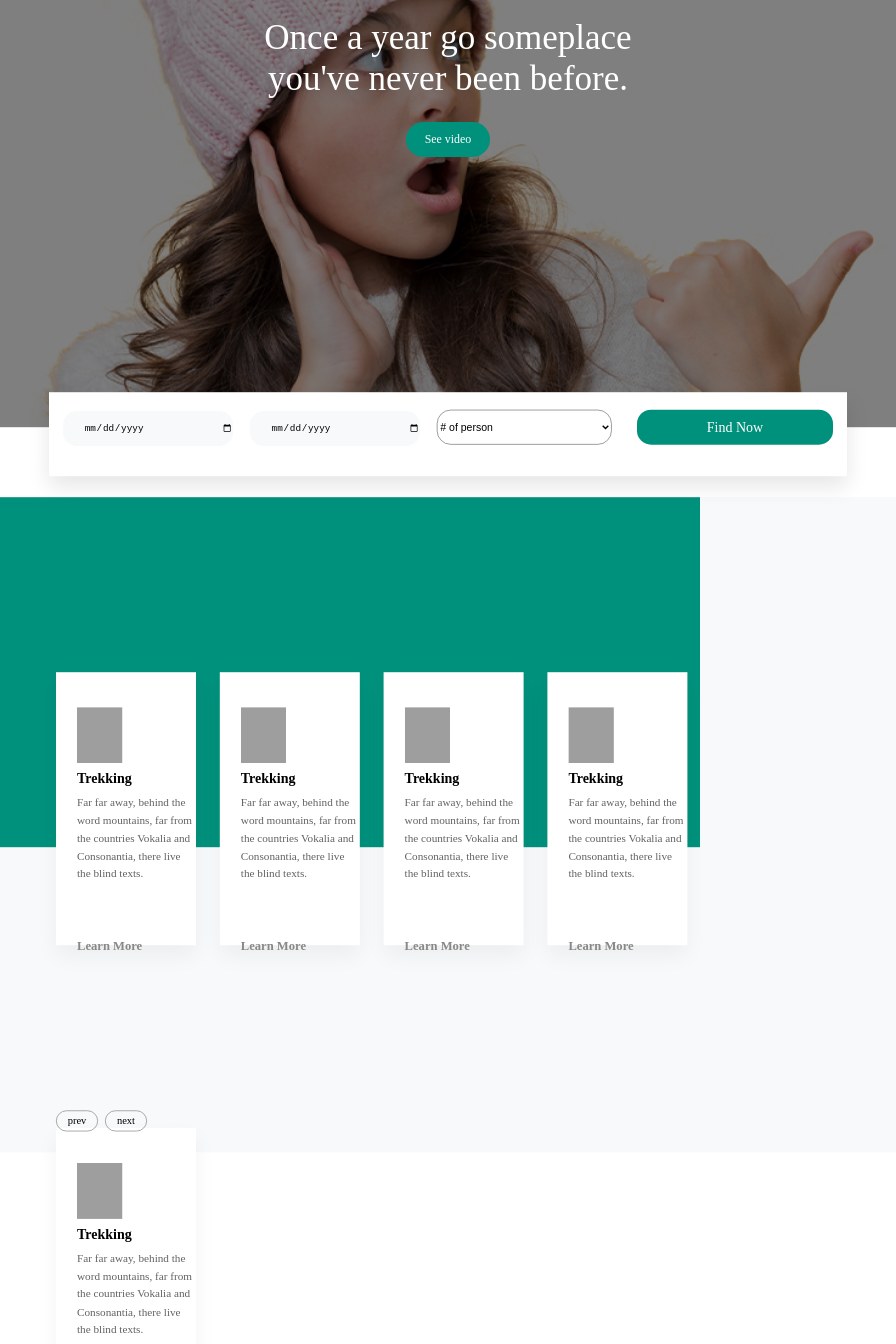
Repository: nhutduy0803/template1
Page: index.html
The author's editor kept a copy of each file at every save. The page is drawn from the files as they stood at one save, then again after the next save.
The browser window is 1280 px wide. The pictures show the part of the page from y = 325 to 2245 px (the page is 5000 px tall), at 70% of full size.
Pictures or frames that could not be fetched are drawn as grey boxes.

Above is the page before, as saved 2021-11-28 13:45:33.

After the next save:
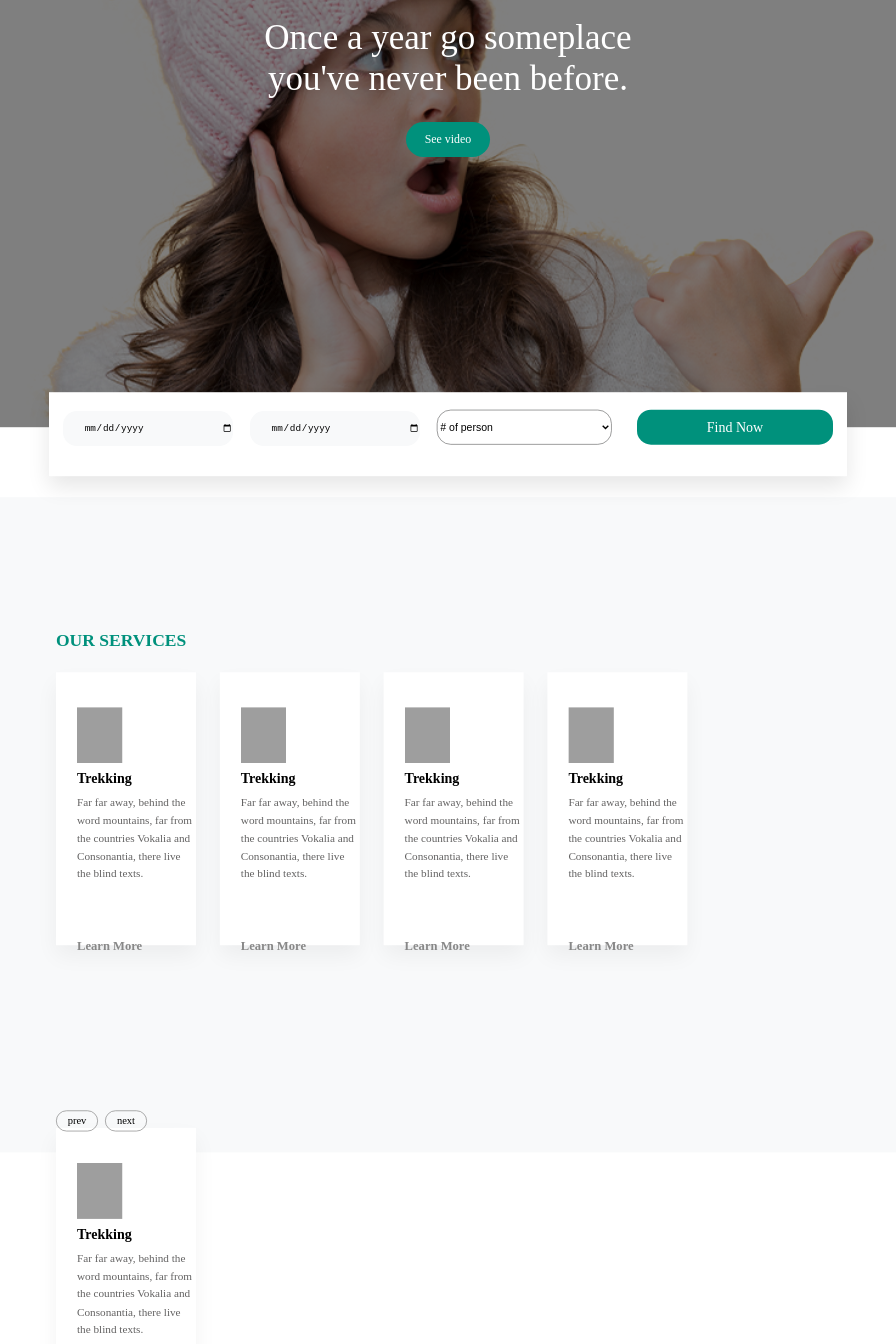
Saved 11 s later.
--- a/assets/css/style.css
+++ b/assets/css/style.css
@@ -374,7 +374,7 @@ ul .fa-chevron-down {
 
 .slide-card {
   margin-top: 100px;
-  background: #00917c;
+  /* background: #00917c; */
   height: 500px;
   width: 1000px;
   position: relative;
